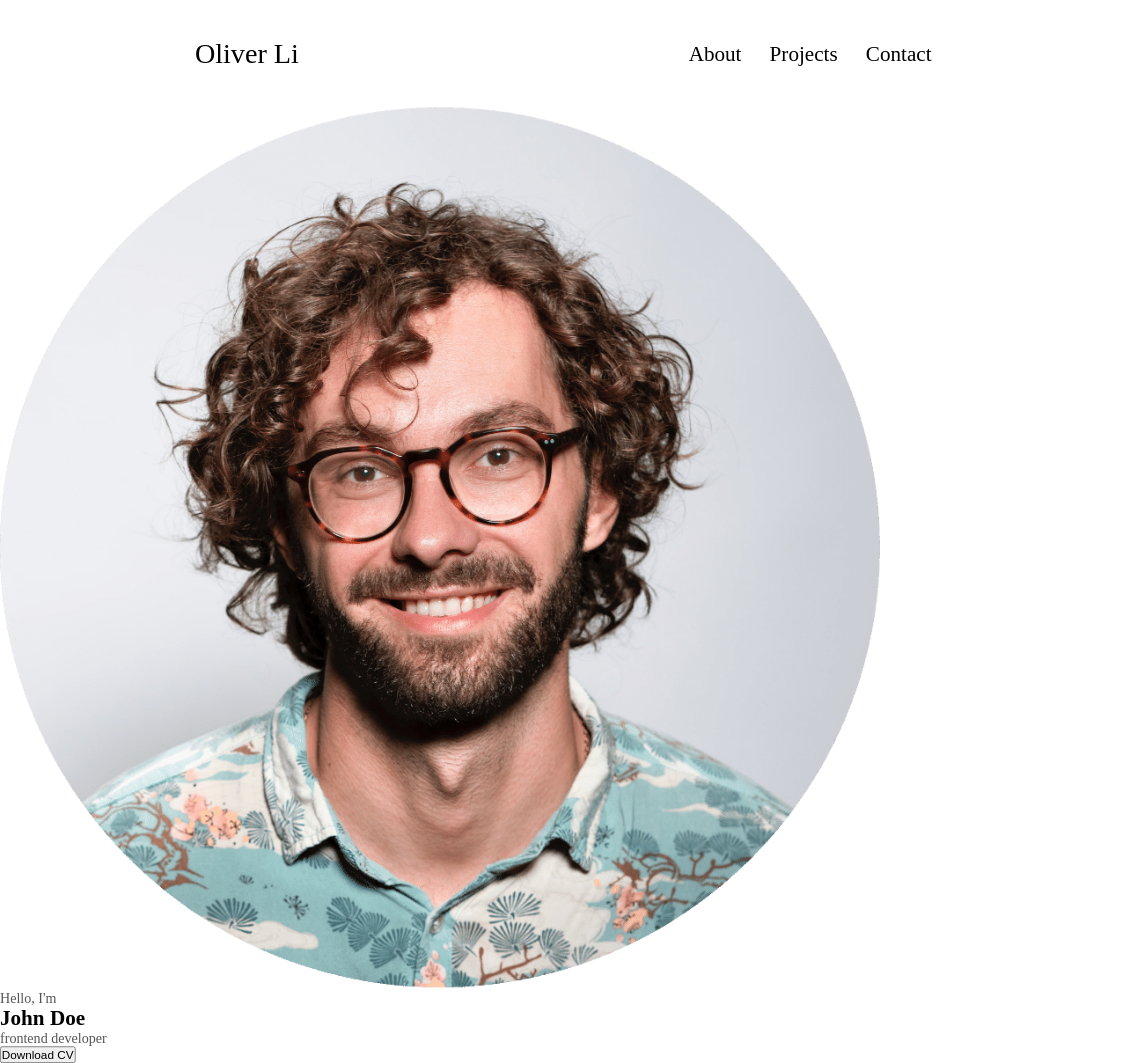
Repository: oliverli1728/portfolio
Page: index.html
These files come from the project's save history. The page is drawn as it stood at one moment and after the next save; the edit follows.
The browser window is 1280 px wide. The pictures show the whole page, at 88% of full size.
Some web fonts or font styles are not loaded; a fallback is used.

Above is the page before, as saved 2025-09-25 20:40:15.

After the next save:
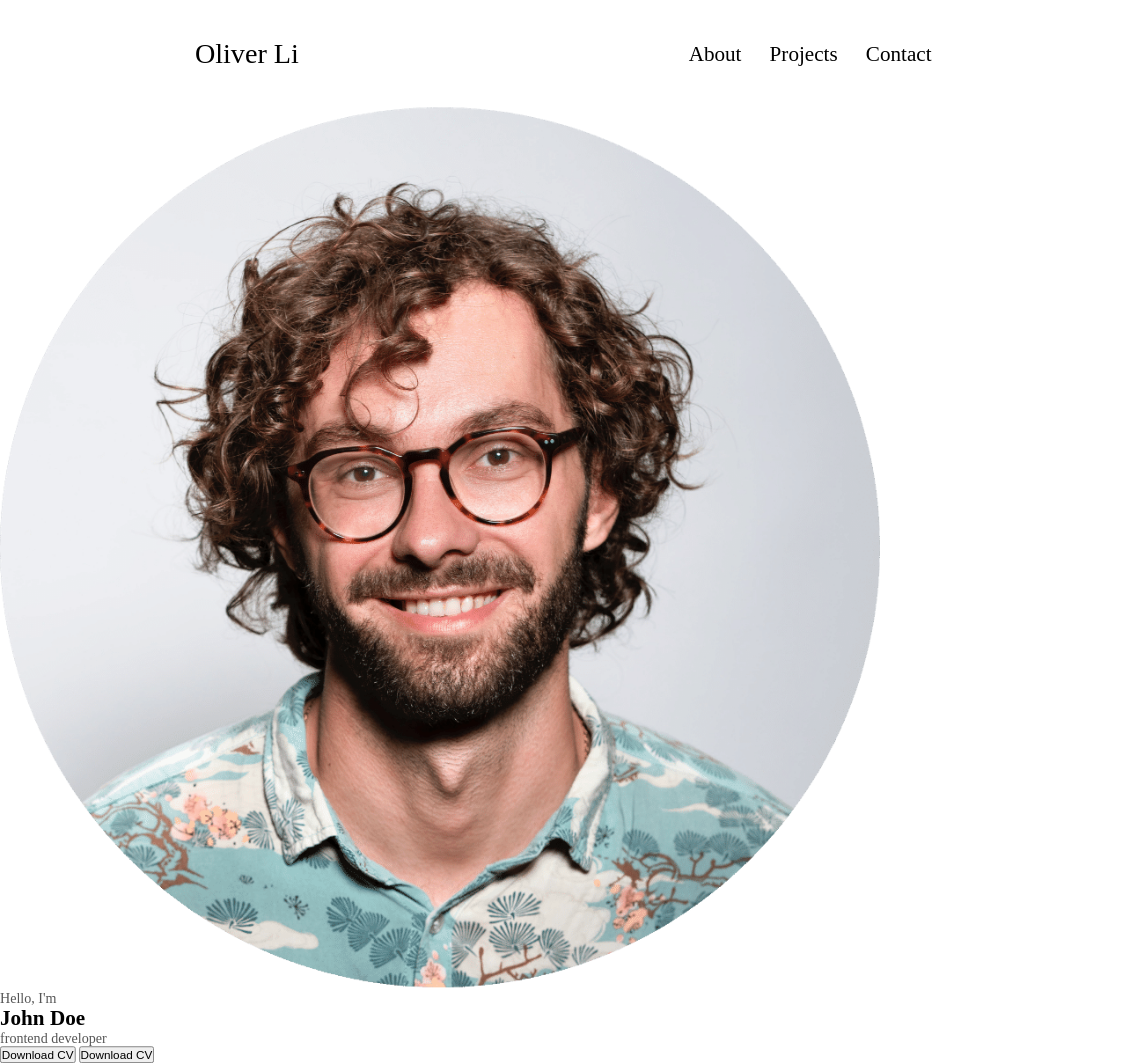
Saved 52 s later.
--- a/index.html
+++ b/index.html
@@ -42,8 +42,12 @@
             <h1 class="Title">John Doe</h1>
             <p class="section__text__p2">frontend developer</p>
             <div class="btn-container">
+                <button class="btn btn-color-2"
+                onclick="window.open('./assets/resume-example.pdf')">Download CV
+            </button>
                 <button class="btn btn-color-1"
-                onclick="location.href('./assets/resume-example.pdf')">Download CV</button>
+                onclick="location.href('./#contact')">Download CV
+            </button>
             </div>
         </div>
         </section>
